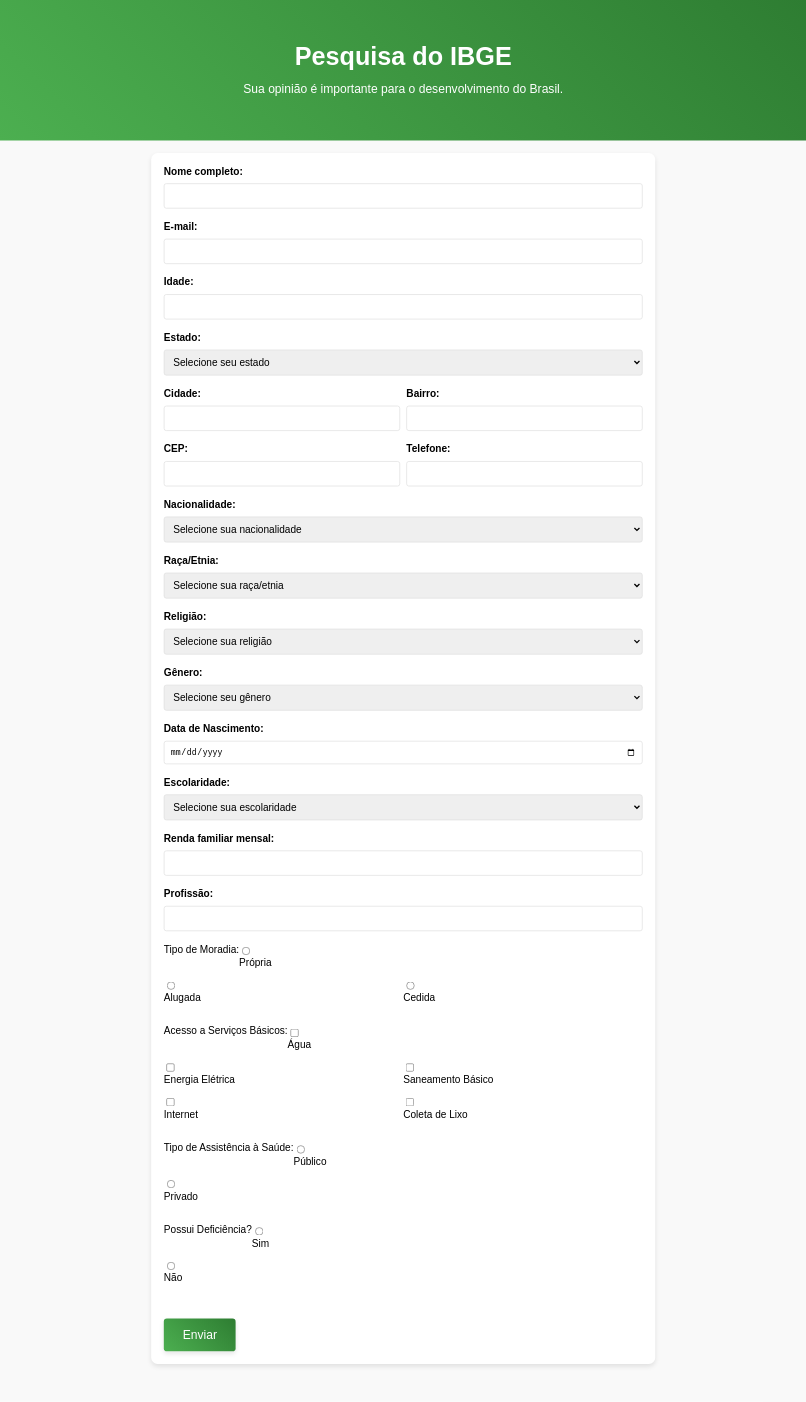
Repository: Gabrielb0rn/Projeto-Formul-rio.io
Page: index.html
An editor plug-in stored every save of this project. The page is shown before and after the next save, followed by the edit.
The browser window is 1280 px wide. The pictures show the whole page, at 63% of full size.

Above is the page before, as saved 2024-07-01 08:08:41.

### index.html
<!DOCTYPE html>
<html lang="pt-BR">
<head>
    <meta charset="UTF-8">
    <meta name="viewport" content="width=device-width, initial-scale=1.0">
    <title>Pesquisa do IBGE</title>
    <link rel="stylesheet" href="assets/style.css">
</head>
<body>
    <header>
        <div class="container">
            <h1>Pesquisa do IBGE</h1>
            <p>Sua opinião é importante para o desenvolvimento do Brasil.</p>
        </div>
    </header>
    <main>
        <div class="container">
            <form id="form">
                <div class="form-group">
                    <label for="nome">Nome completo:</label>
                    <input type="text" id="nome" name="nome" required>
                </div>
                <div class="form-group">
                    <label for="email">E-mail:</label>
                    <input type="email" id="email" name="email" required>
                </div>
                <div class="form-group">
                    <label for="idade">Idade:</label>
                    <input type="number" id="idade" name="idade" required>
                </div>
                <div class="form-group">
                    <label for="estado">Estado:</label>
                    <select id="estado" name="estado" required>
                        <option value="">Selecione seu estado</option>
                        <!-- opções de estados -->
                    </select>
                </div>
                <div class="form-group inline-group">
                    <div>
                        <label for="cidade">Cidade:</label>
                        <input type="text" id="cidade" name="cidade" required>
                    </div>
                    <div>
                        <label for="bairro">Bairro:</label>
                        <input type="text" id="bairro" name="bairro">
                    </div>
                </div>
                <div class="form-group inline-group">
                    <div>
                        <label for="cep">CEP:</label>
                        <input type="text" id="cep" name="cep" required>
                    </div>
                    <div>
                        <label for="telefone">Telefone:</label>
                        <input type="tel" id="telefone" name="telefone" required>
                    </div>
                </div>
                <div class="form-group">
                    <label for="nacionalidade">Nacionalidade:</label>
                    <select id="nacionalidade" name="nacionalidade" required>
                        <option value="">Selecione sua nacionalidade</option>
                        <option value="Brasileiro">Brasileiro</option>
                        <option value="Estrangeiro">Estrangeiro</option>
                    </select>
                </div>
                <div class="form-group">
                    <label for="raca">Raça/Etnia:</label>
                    <select id="raca" name="raca" required>
                        <option value="">Selecione sua raça/etnia</option>
                        <!-- opções de raça/etnia -->
                    </select>
                </div>
                <div class="form-group">
                    <label for="religiao">Religião:</label>
                    <select id="religiao" name="religiao" required>
                        <option value="">Selecione sua religião</option>
                        <!-- opções de religião -->
                    </select>
                </div>
                <div class="form-group">
                    <label for="genero">Gênero:</label>
                    <select id="genero" name="genero" required>
                        <option value="">Selecione seu gênero</option>
                        <!-- opções de gênero -->
                    </select>
                </div>
                <div class="form-group">
                    <label for="data_nascimento">Data de Nascimento:</label>
                    <input type="date" id="data_nascimento" name="data_nascimento" required>
                </div>
                <div class="form-group">
                    <label for="escolaridade">Escolaridade:</label>
                    <select id="escolaridade" name="escolaridade" required>
                        <option value="">Selecione sua escolaridade</option>
                        <!-- opções de escolaridade -->
                    </select>
                </div>
                <div class="form-group">
                    <label for="renda">Renda familiar mensal:</label>
                    <input type="number" id="renda" name="renda" required>
                </div>
                <div class="form-group">
                    <label for="profissao">Profissão:</label>
                    <input type="text" id="profissao" name="profissao">
                </div>
                <div class="form-group radio-group">
                    <label>Tipo de Moradia:</label>
                    <div>
                        <input type="radio" id="propria" name="moradia" value="propria">
                        <label for="propria">Própria</label>
                    </div>
                    <div>
                        <input type="radio" id="alugada" name="moradia" value="alugada">
                        <label for="alugada">Alugada</label>
                    </div>
                    <div>
                        <input type="radio" id="cedida" name="moradia" value="cedida">
                        <label for="cedida">Cedida</label>
                    </div>
                </div>
                <div class="form-group checkbox-group">
                    <label>Acesso a Serviços Básicos:</label>
                    <div>
                        <input type="checkbox" id="agua" name="servicos" value="agua">
                        <label for="agua">Água</label>
                    </div>
                    <div>
                        <input type="checkbox" id="energia" name="servicos" value="energia">
                        <label for="energia">Energia Elétrica</label>
                    </div>
                    <div>
                        <input type="checkbox" id="saneamento" name="servicos" value="saneamento">
                        <label for="saneamento">Saneamento Básico</label>
                    </div>
                    <div>
                        <input type="checkbox" id="internet" name="servicos" value="internet">
                        <label for="internet">Internet</label>
                    </div>
                    <div>
                        <input type="checkbox" id="coleta" name="servicos" value="coleta">
                        <label for="coleta">Coleta de Lixo</label>
                    </div>
                </div>
                <div class="form-group radio-group">
                    <label>Tipo de Assistência à Saúde:</label>
                    <div>
                        <input type="radio" id="publico" name="saude" value="publico">
                        <label for="publico">Público</label>
                    </div>
                    <div>
                        <input type="radio" id="privado" name="saude" value="privado">
                        <label for="privado">Privado</label>
                    </div>
                </div>
                <div class="form-group radio-group">
                    <label>Possui Deficiência?</label>
                    <div>
                        <input type="radio" id="sim" name="deficiencia" value="sim">
                        <label for="sim">Sim</label>
                    </div>
                    <div>
                        <input type="radio" id="nao" name="deficiencia" value="nao">
                        <label for="nao">Não</label>
                    </div>
                </div>
                <button type="submit">Enviar</button>
            </form>
        </div>
    </main>
</body>
</html>

### assets/style.css
/* Estilos Globais */
body {
    font-family: 'Arial', sans-serif;
    margin: 0;
    padding: 0;
    background-color: #f9f9f9;
}

header {
    background: linear-gradient(45deg, #4CAF50, #2E7D32);
    color: white;
    padding: 20px 0;
    text-align: center;
}

.container {
    width: 90%;
    max-width: 800px;
    margin: 0 auto;
    padding: 20px;
}

/* Estilos de Texto */
h1 {
    font-size: 2.5em;
    margin-bottom: 10px;
}

p {
    font-size: 1.2em;
    margin-bottom: 30px;
}

/* Estilos do Formulário */
form {
    background-color: white;
    padding: 20px;
    border-radius: 10px;
    box-shadow: 0 4px 8px rgba(0, 0, 0, 0.1);
    margin-bottom: 40px;
}

.form-group {
    margin-bottom: 20px;
}

label {
    display: block;
    margin-bottom: 5px;
    font-weight: bold;
}

input, select {
    width: 100%;
    padding: 10px;
    border: 1px solid #ddd;
    border-radius: 4px;
    box-sizing: border-box;
    font-size: 1em;
    margin-top: 5px;
}

input[type="radio"], input[type="checkbox"] {
    width: auto;
    margin-right: 10px;
}

input[type="date"] {
    padding: 9px;
}

button {
    background: linear-gradient(45deg, #4CAF50, #2E7D32);
    color: white;
    border: none;
    padding: 15px 30px;
    text-align: center;
    cursor: pointer;
    border-radius: 5px;
    font-size: 1.2em;
    margin-top: 20px;
    transition: background 0.3s ease, transform 0.2s ease;
    box-shadow: 0 4px 8px rgba(0, 0, 0, 0.1);
}

button:hover {
    background: linear-gradient(45deg, #45a049, #388E3C);
    transform: translateY(-2px);
}

/* Estilos Responsivos */
@media (max-width: 600px) {
    h1 {
        font-size: 2em;
    }

    p {
        font-size: 1em;
    }

    form {
        padding: 15px;
    }

    button {
        width: 100%;
        padding: 15px;
    }
}

/* Estilos de Grupo de Inputs */
.form-group.inline-group {
    display: flex;
    flex-wrap: wrap;
    justify-content: space-between;
}

.form-group.inline-group > div {
    flex: 1;
    min-width: 45%;
}

.form-group.inline-group > div:not(:last-child) {
    margin-right: 10px;
}

/* Estilos de Serviços Básicos e Tipo de Moradia */
.form-group.checkbox-group, .form-group.radio-group {
    display: flex;
    flex-wrap: wrap;
}

.form-group.checkbox-group > div, .form-group.radio-group > div {
    flex: 1;
    min-width: 45%;
    margin-bottom: 10px;
}

.form-group.checkbox-group label, .form-group.radio-group label {
    font-weight: normal;
}

After the next save:
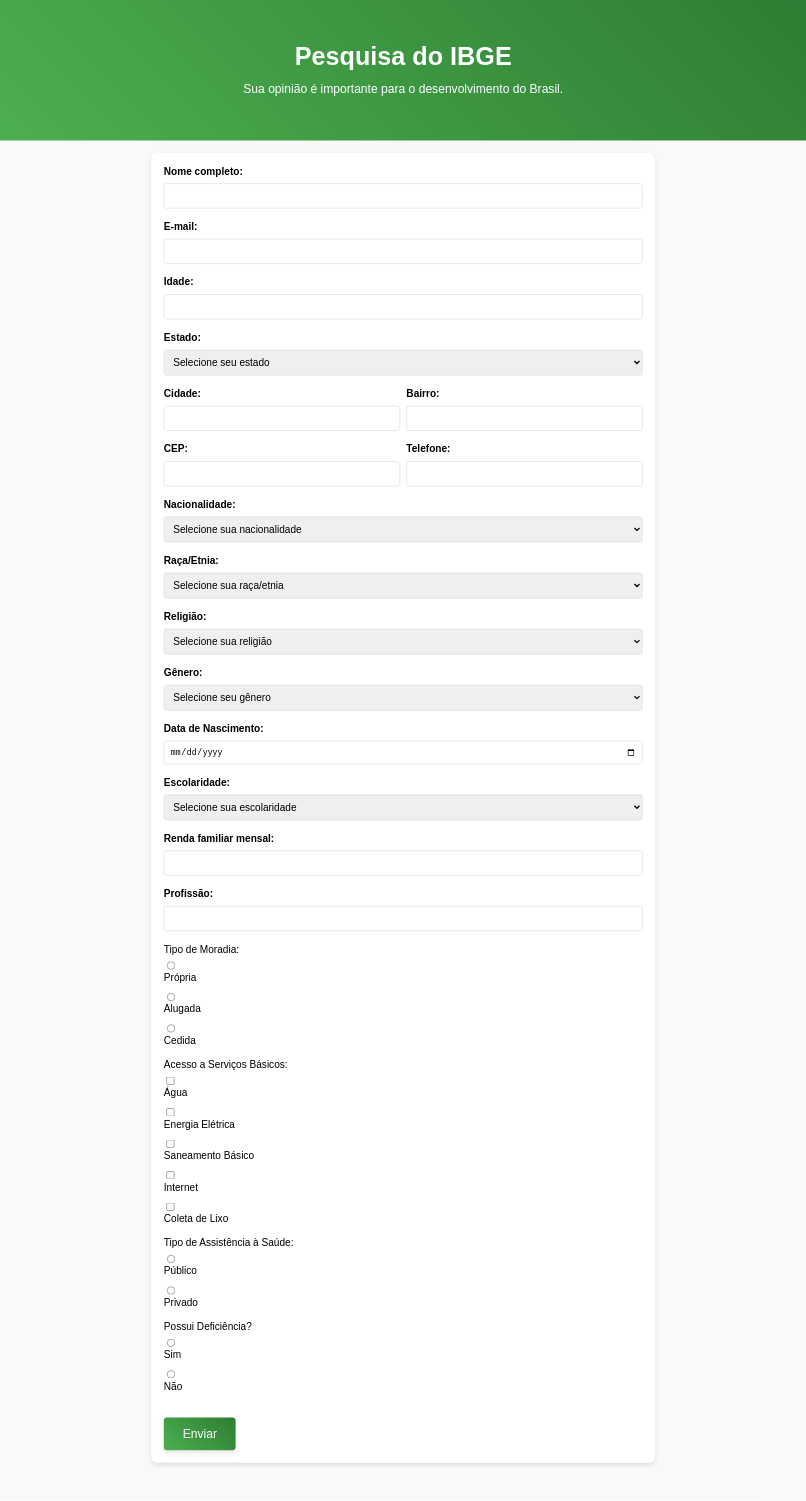
Saved 6 min 45 s later.
--- a/assets/style.css
+++ b/assets/style.css
@@ -126,7 +126,7 @@
 
 /* Estilos de Serviços Básicos e Tipo de Moradia */
 .form-group.checkbox-group, .form-group.radio-group {
-    display: flex;
+    display: fixed;
     flex-wrap: wrap;
 }
 

After the save that followed:
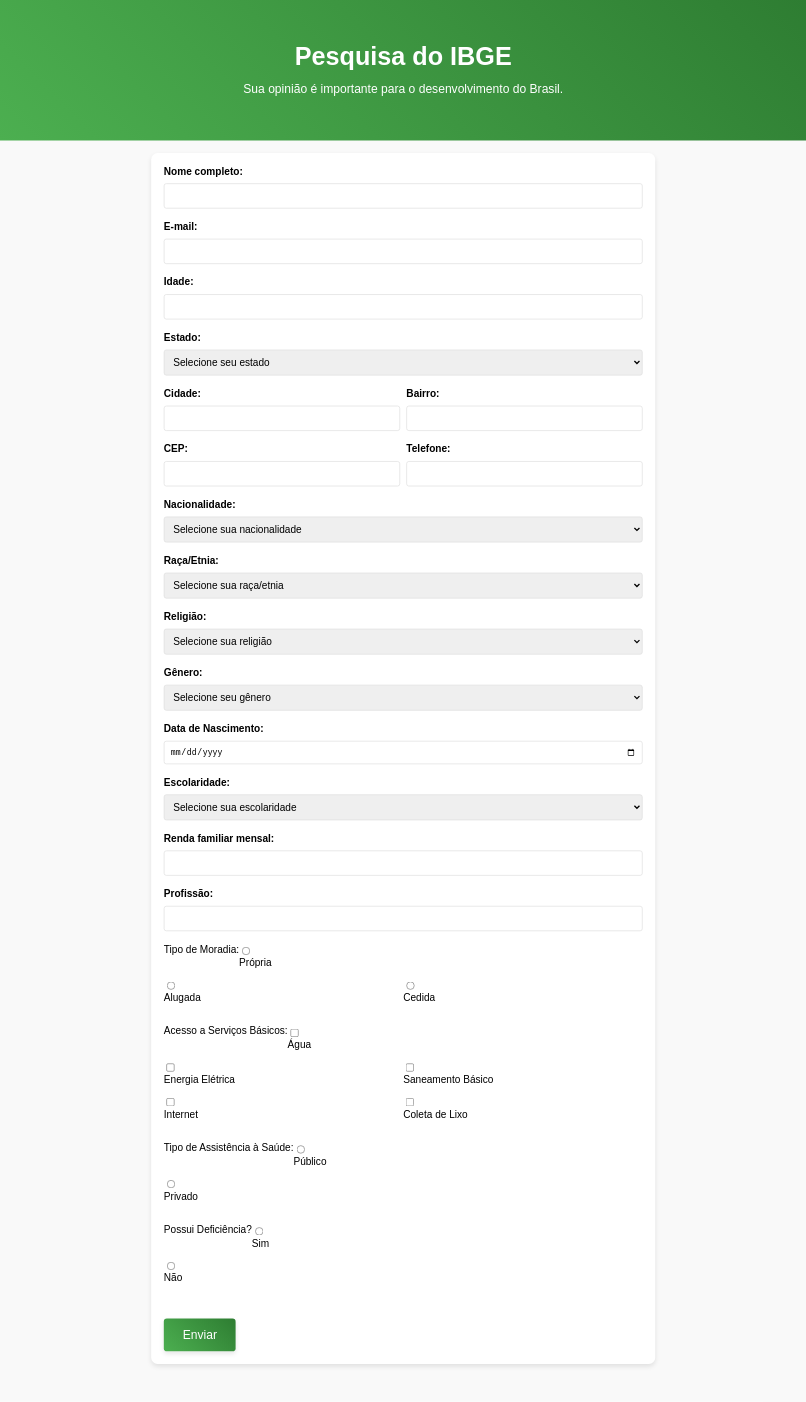
Saved 38 s later.
--- a/assets/style.css
+++ b/assets/style.css
@@ -126,7 +126,7 @@
 
 /* Estilos de Serviços Básicos e Tipo de Moradia */
 .form-group.checkbox-group, .form-group.radio-group {
-    display: fixed;
+    display: flex;
     flex-wrap: wrap;
 }
 
@@ -139,3 +139,8 @@
 .form-group.checkbox-group label, .form-group.radio-group label {
     font-weight: normal;
 }
+
+input[type="radio"], input[type="checkbox"] {
+    width: auto;
+    margin-right: 10px;
+}
